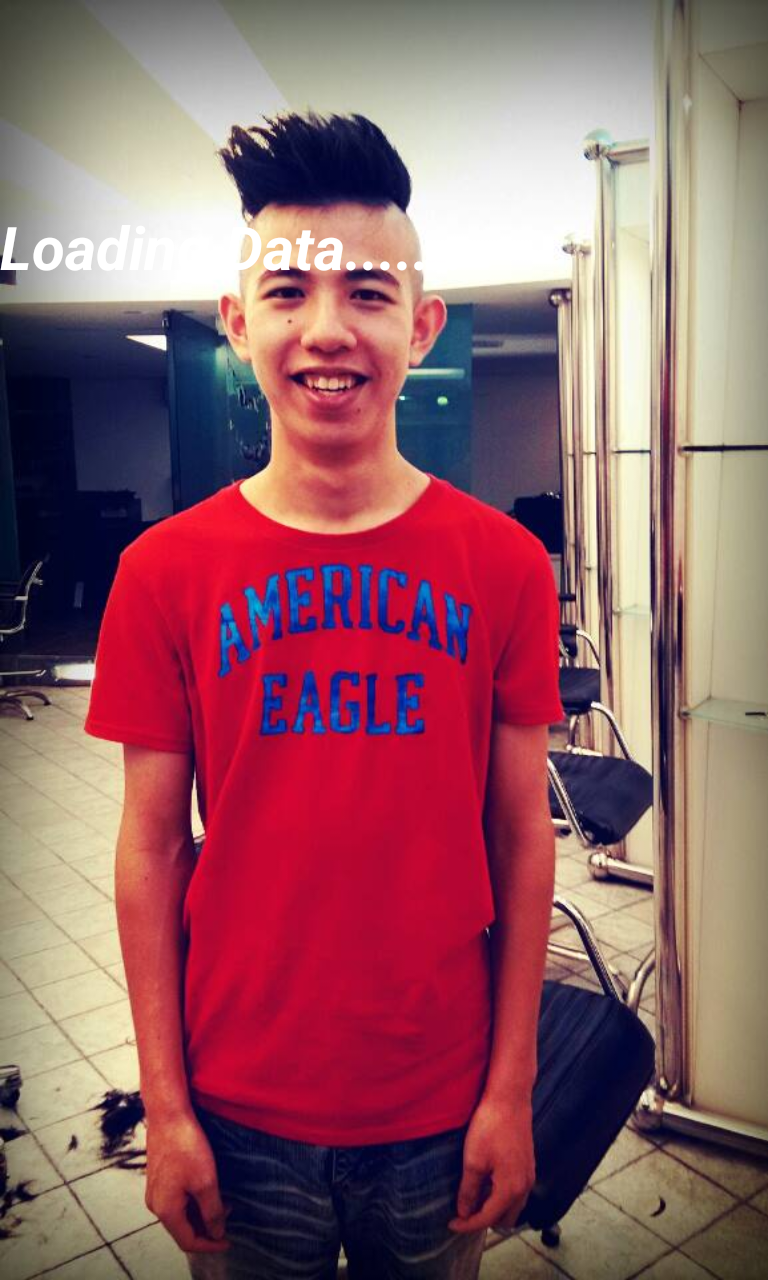
Repository: gt212345/p4p-android
Layout: p4p-android/res/layout/activity_welcome.xml
The author's editor kept a copy of each file at every save. The layout is drawn from the files as they stood at one save, then again after the next save.
It is drawn on a 768 x 1280 px phone screen (xhdpi) without system bars, with theme AppTheme; the app's code is not run.

Above is the layout before, as saved 2014-05-25 02:58:43.

After the next save:
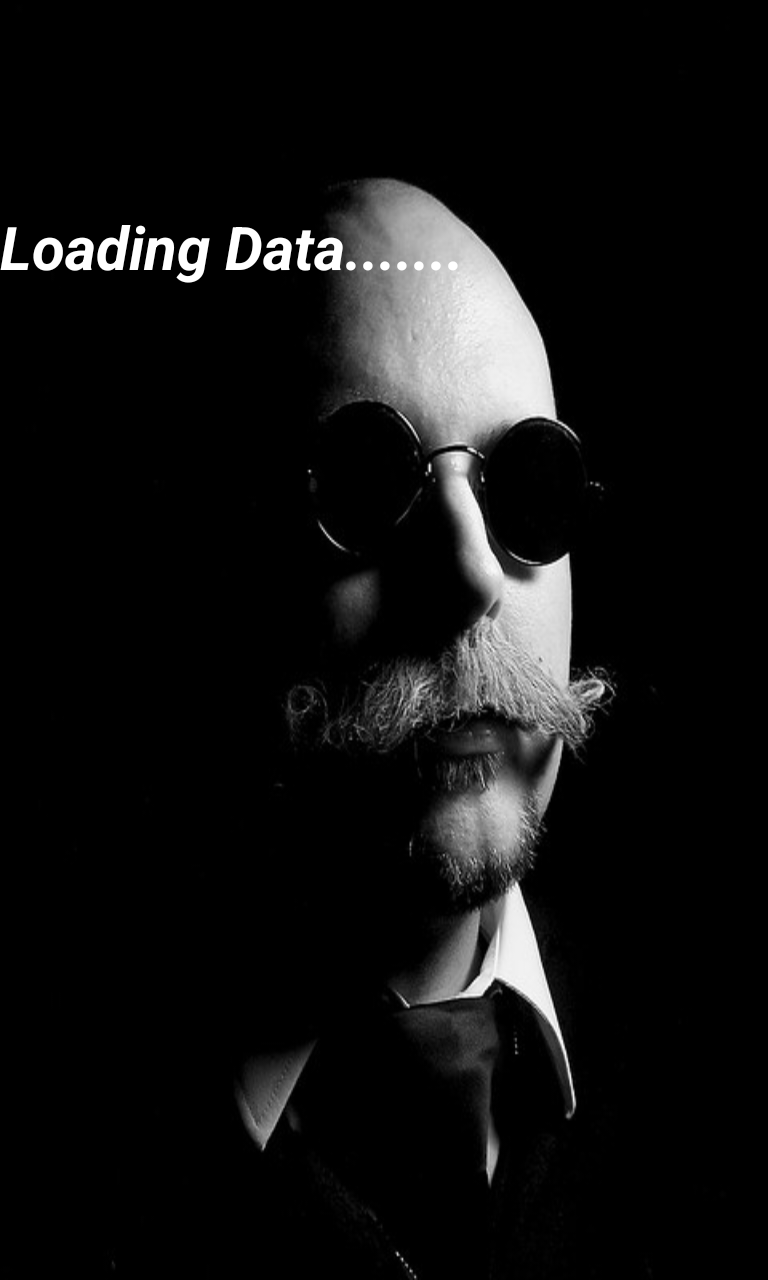
Saved 12 s later.
--- a/p4p-android/res/layout/activity_welcome.xml
+++ b/p4p-android/res/layout/activity_welcome.xml
@@ -2,7 +2,7 @@
 <RelativeLayout xmlns:android="http://schemas.android.com/apk/res/android"
     android:layout_width="match_parent"
     android:layout_height="match_parent"
-    android:background="@drawable/welcome"
+    android:background="@drawable/logo"
     android:orientation="vertical" >
 
     <TextView
